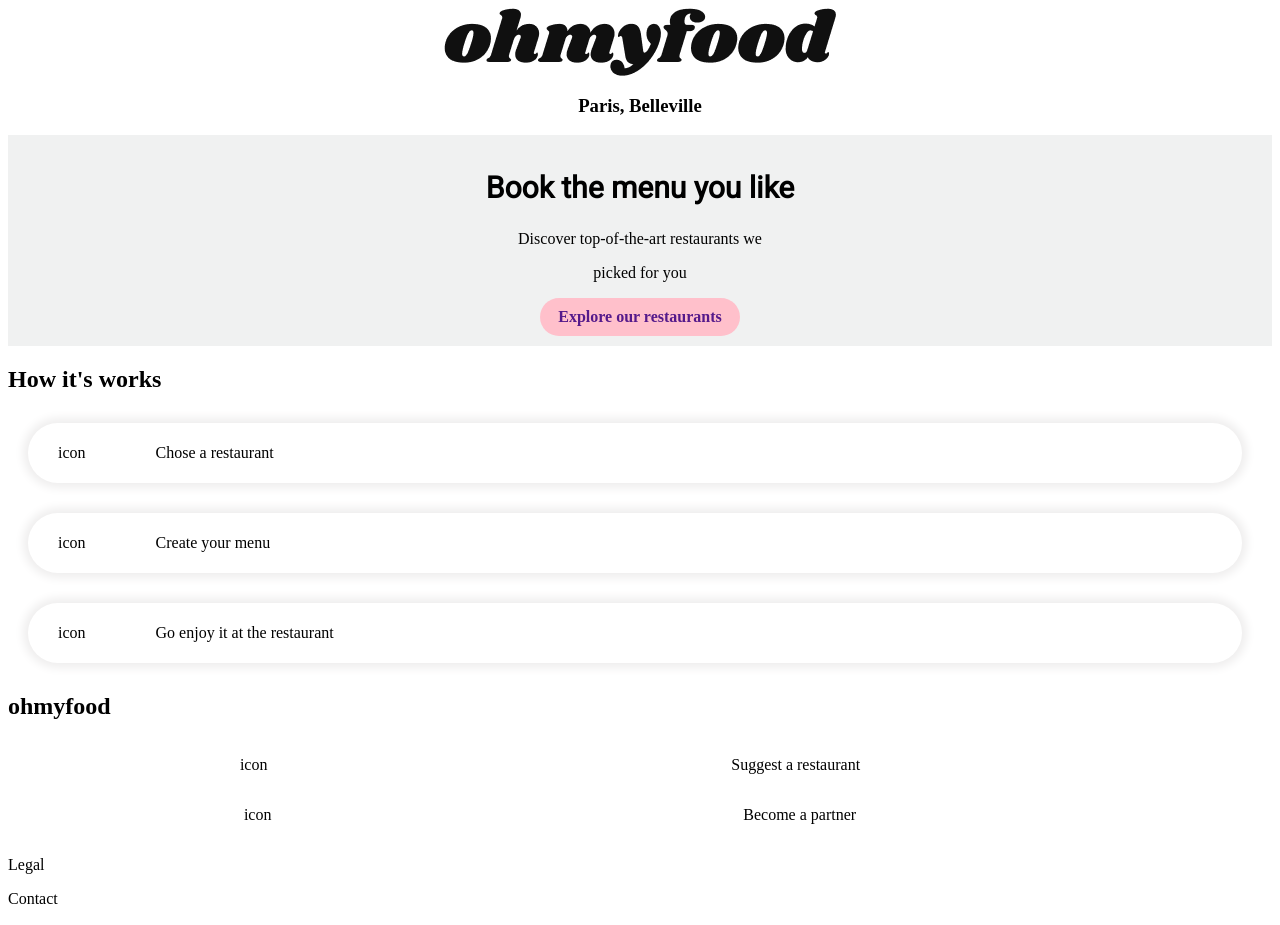
Repository: ailahin/ohmyfood
Page: Index.html
An editor plug-in stored every save of this project. The page is shown before and after the next save, followed by the edit.
The browser window is 1280 px wide. The pictures show the whole page.
Some web fonts or font styles are not loaded; a fallback is used.

Above is the page before, as saved 2023-08-12 04:39:41.

### Index.html
<!DOCTYPE html>
<html lang="en">
<head>
    <meta charset="UTF-8">
    <meta name="viewport" content="width=device-width, initial-scale=1.0">
    <title>ohmyfood</title>
    <link rel="stylesheet" href="index.css">
    <link rel="preconnect" href="https://fonts.googleapis.com">
    <link rel="preconnect" href="https://fonts.gstatic.com" crossorigin>
    <link href="https://fonts.googleapis.com/css2?family=Raleway&family=Roboto&family=Shrikhand&display=swap" rel="stylesheet">

    <!-- font-family: 'Raleway', sans-serif;
font-family: 'Roboto', sans-serif;
font-family: 'Shrikhand', cursive; -->
<!-- Primary Secondary Tertiary
#9356DC #FF79DA #99E2D0 -->

</head>
<body>
    <header>
        <div class="header-img">
            <img src="/images/logo/ohmyfood.png" alt="">
        </div>

        <div class="header-title">
            <h3> Paris, Belleville</h3>
        </div>

    </header>

    <nav>


        <div>
            <h1 class="nav-title"> Book the menu you like</h1>
        <p class="span-text"> Discover top-of-the-art restaurants we</p>
        <p class="span-text">picked for you</p>
        <a href="" type="button" class="nav-btn"> Explore our restaurants</a>

        </div>

    </nav>

    <section>

        <h1>How it's works</h1>

        <div class="card">
            <div class="card-icon"> icon</div>
            <div class="card-text">Chose a restaurant</div>
        </div>
        <div  class="card">
            <div class="card-icon">icon</div>
            <div class="card-text">Create your menu</div>
        </div>
        <div  class="card">
            <div class="card-icon">icon</div>
            <div class="card-text">Go enjoy it at the restaurant</div>
        </div>

    </section>
    <footer>

        <section class="footer">
            <h1 class="footer-title">ohmyfood</h1>
            <div class="icon-text">
                <div>
                    <p>icon</p>

                </div>
                <div>
                    <p>Suggest a restaurant</p>

                </div>

            </div>
            <div class="icon-text">
                <div><p>icon</p></div>
                <div> <p>Become a partner</p></div>

            </div>
            <p>Legal</p>
            <p>Contact</p>
        </section>

    </footer>
</body>
</html>

### index.css

* {
    box-sizing: border-box;
  }


.header-img{
    display: flex;
    align-items: center;
    justify-content:center;

}
.header-title{
    display: flex;
    align-items: center;
    justify-content:center;

}
nav{
    background-color: rgb(240, 241, 241);
    padding: 10px;
    padding-bottom: 10px;
    width: 100%;
    box-sizing: border-box;





    .nav-title{
        align-items: center;
        justify-content: center;
        display: flex;
        font-family: 'Roboto', sans-serif;
        font-size: 30px;

    }

    .span-text{
        align-items: center;
        justify-content: center;
        display: flex;
    }

    .nav-btn {
        display: flex;
        align-items: center;
        justify-content: center;
        background-color: pink;
        width: 200px;
        margin: 0 auto;
        text-decoration: none;
        padding: 10px;
        border-radius: 1000px;
        font-weight: bold;

    }
}
.card{
    box-shadow: 0px 0px 10px 5px rgb(239, 238, 238);
    border-radius: 100px;
    margin: 30px 30px 30px 20px;
    height:60px;
    display: flex;
    align-items: center;
}

.card-text{
    margin-left: 70px;



}

.card-icon{
    margin-left: 30px;


}


/* footer  CSS */

.footer{
    .footer-title{
        font-family: 'Shrikhand', cursive
    }
    .icon-text{
        display: flex;
        justify-content:space-around;
        margin-right: 180px;
    }
}

After the next save:
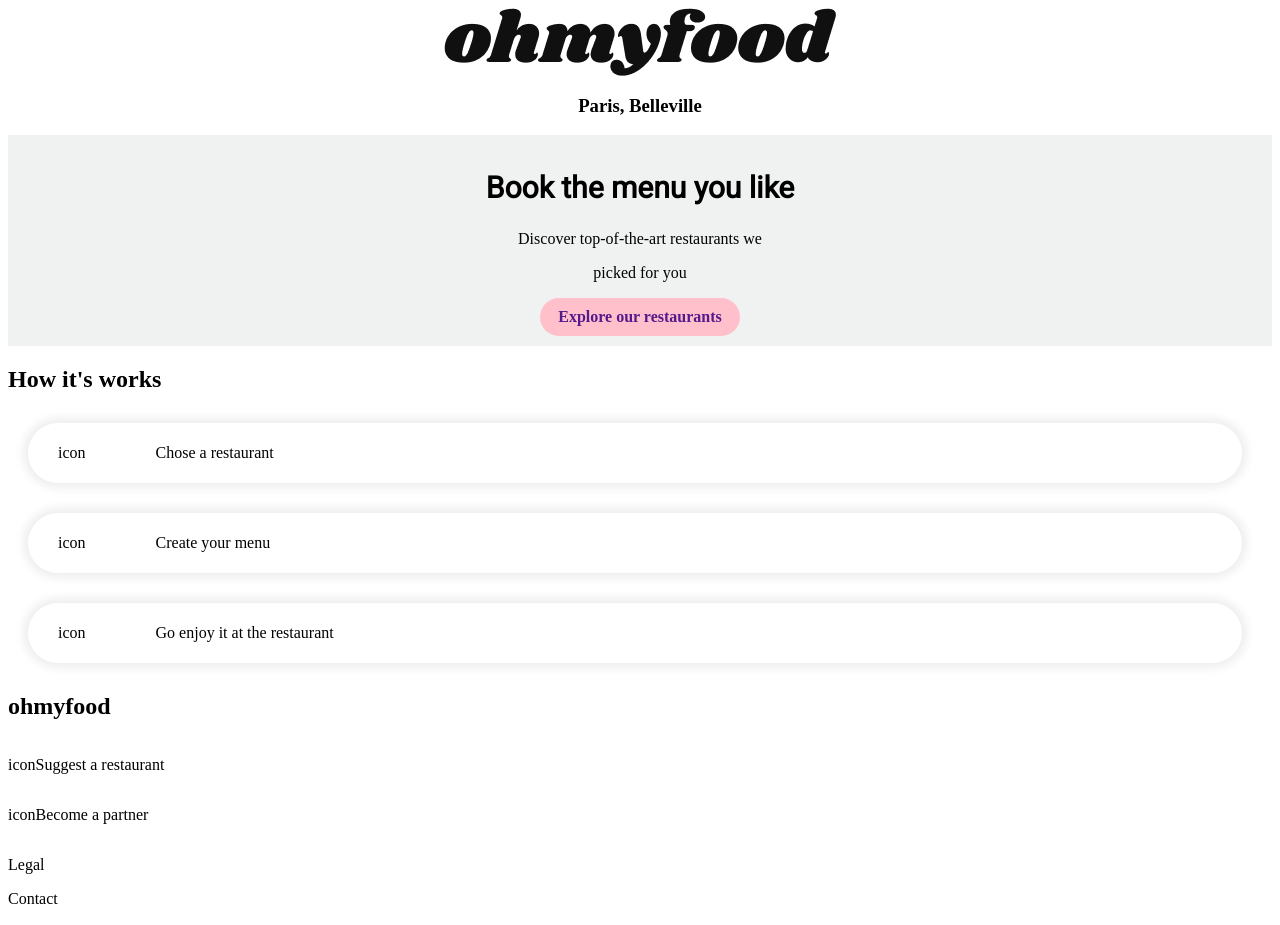
Saved 12 s later.
--- a/index.css
+++ b/index.css
@@ -87,7 +87,6 @@ nav{
     }
     .icon-text{
         display: flex;
-        justify-content:space-around;
-        margin-right: 180px;
+
     }
 }
